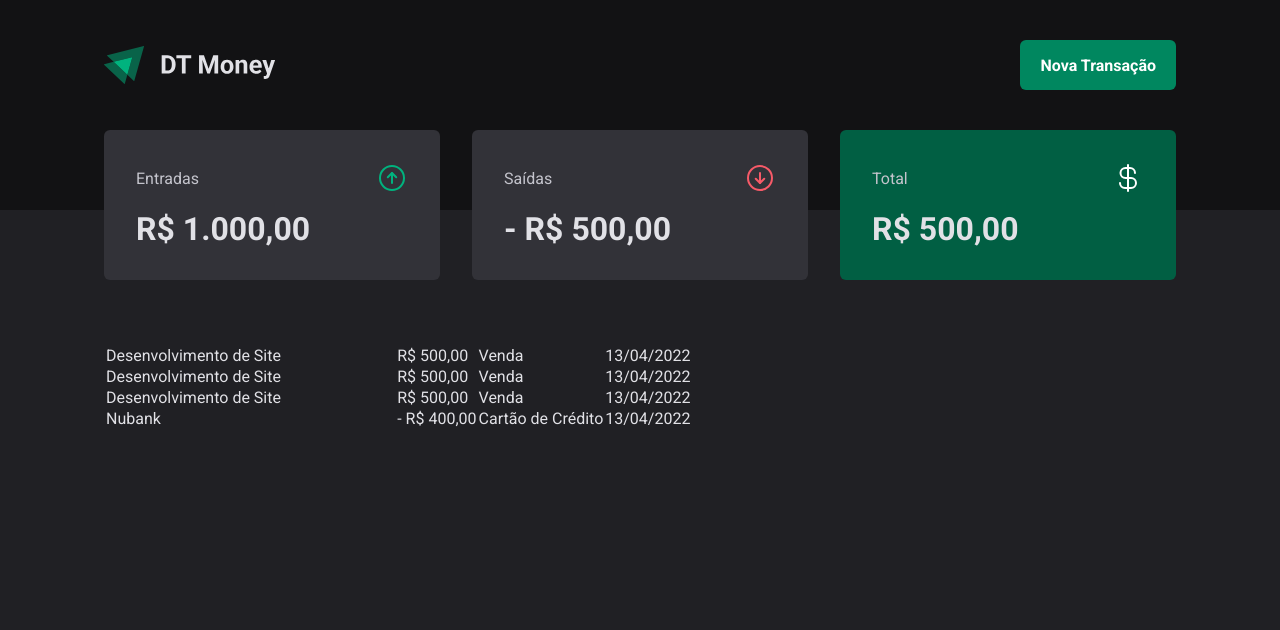
Repository: guilhermecardoso93/dtmoney-reactjs-ignite
Page: /
The author's editor kept a copy of each file at every save. The page is drawn from the files as they stood at one save, then again after the next save.
The browser window is 1280 px wide. The pictures show the whole page.
The project was rebuilt for these pictures with package versions that can differ from the ones it lists, and the page was loaded fresh each time. Also part of the build but not shown: vite.config.ts.

Above is the page before, as saved 2022-08-15 21:28:14.

After the next save:
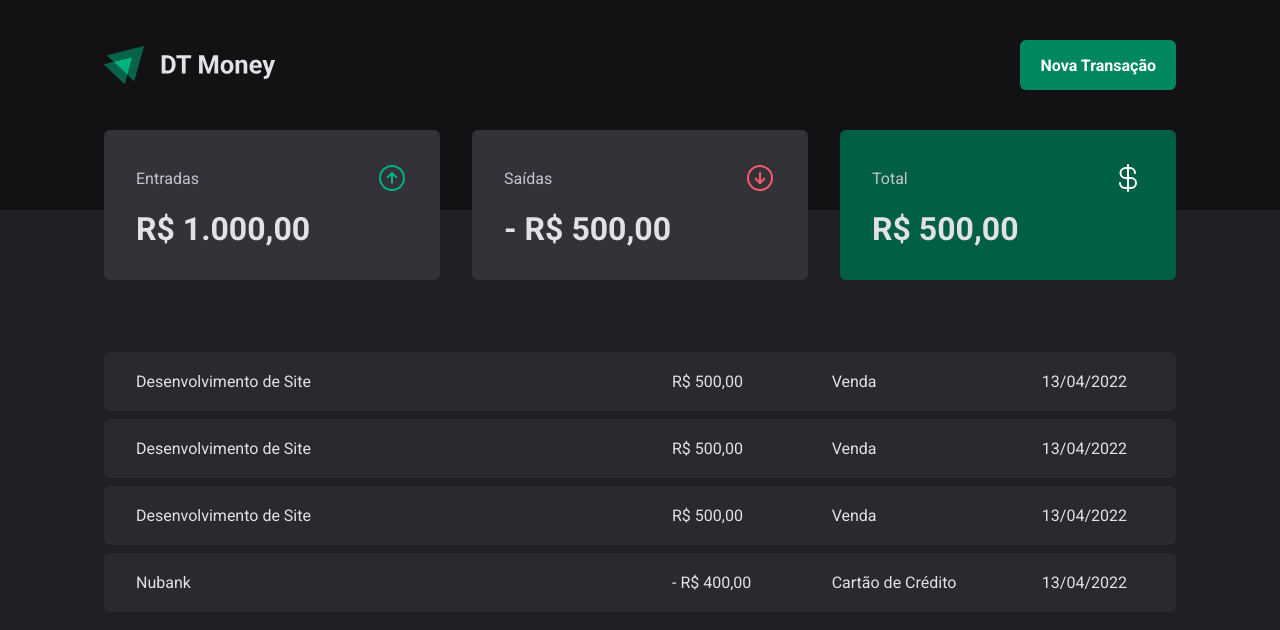
Saved 24 s later.
--- a/src/pages/Transactions/index.tsx
+++ b/src/pages/Transactions/index.tsx
@@ -1,12 +1,10 @@
-import { Header } from "../../components/Header";
-import { Summary } from "../../components/Summary";
-import { TransactionContainer } from "./styles";
+import { TransactionContainer, TransactionTable } from "./styles";
 
 export function Transactions() {
   return (
     <>
       <TransactionContainer>
-        <table>
+        <TransactionTable>
           <tbody>
             <tr>
               <td width="50%">Desenvolvimento de Site</td>
@@ -33,7 +31,7 @@ export function Transactions() {
               <td>13/04/2022</td>
             </tr>
           </tbody>
-        </table>
+        </TransactionTable>
       </TransactionContainer>
     </>
   );
